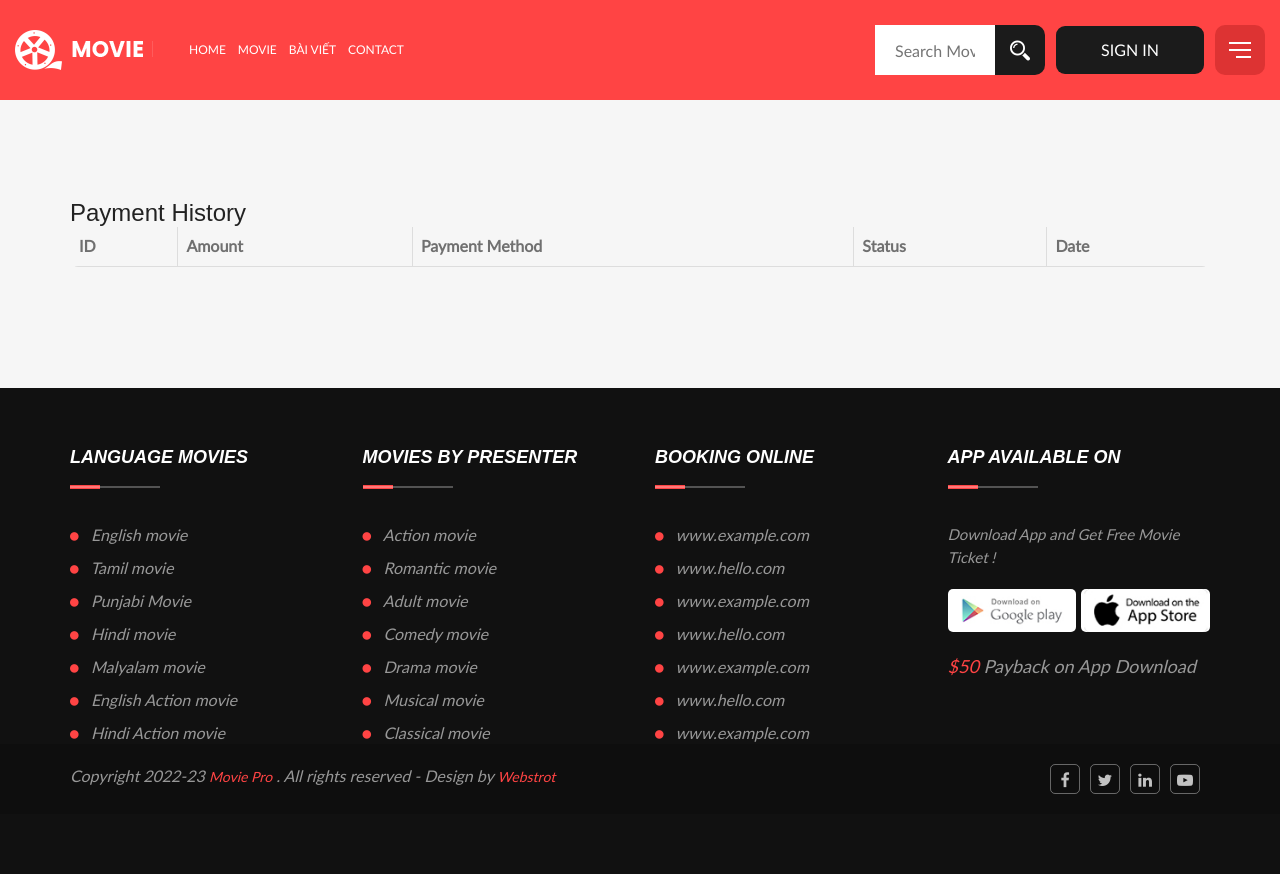
Repository: TK-NNH/DATN
Page: http://localhost/payment
The author's editor kept a copy of each file at every save. The page is drawn from the files as they stood at one save, then again after the next save.
The browser window is 1280 px wide. The pictures show the whole page.
Some web fonts or font styles are not loaded; a fallback is used. The page is served by the project's Laravel application, run on PHP 8.4 with Laravel 10. The database holds what the project's SQL file puts in it. Queries for data that is not in the repository find no rows.

Above is the page before, as saved 2024-12-14 00:35:30.

After the next save:
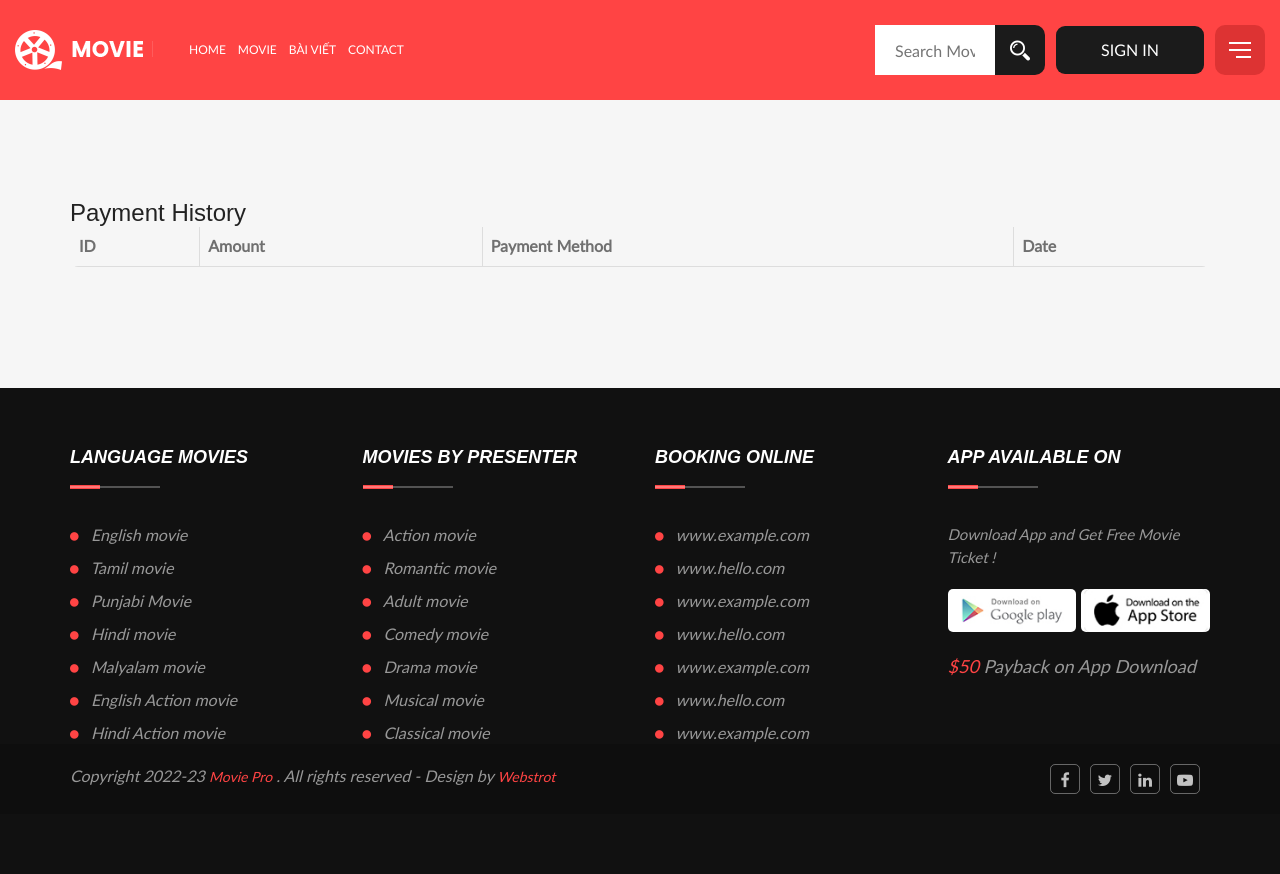
Saved 9 s later.
--- a/FilmHub-Booking/Backend-filmhub/resources/views/frontend/users/payment.blade.php
+++ b/FilmHub-Booking/Backend-filmhub/resources/views/frontend/users/payment.blade.php
@@ -18,7 +18,7 @@
                                 <th>ID</th>
                                 <th>Amount</th>
                                 <th>Payment Method</th>
-                                <th>Status</th>
+
                                 <th>Date</th>
                             </tr>
                         </thead>
